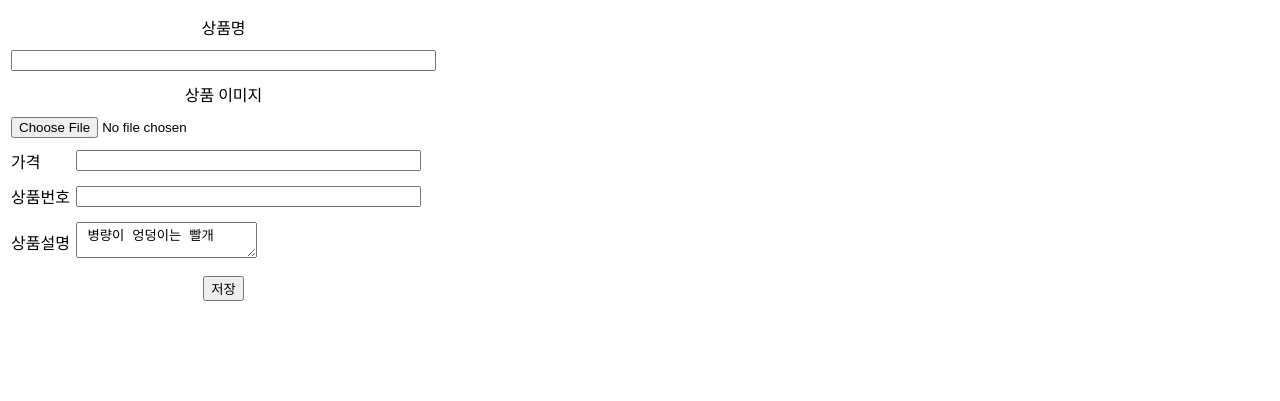
Repository: gunvv00/Java_practice
Page: html_work/html01/WebContent/goods.html
These files come from the project's save history. The page is drawn as it stood at one moment and after the next save; the edit follows.
The browser window is 1280 px wide. The pictures show the whole page.

Above is the page before, as saved 2020-01-02 07:40:37.

### html_work/html01/WebContent/goods.html
<!DOCTYPE html>
<html>
<head>
<meta charset="UTF-8">
<title>상품등록</title>
</head>
<body>
<form action = "good.jsp" method = "post">
	<TABLE Border = 0 height = 300 width = 300 >
		<tr>
			<td align = "center" colspan = "2">상품명</td>
		</tr>
		<tr>
			<td align = "center" colspan = "2"><input type = "product" name="" value = ""  size = "50"></td>
		</tr>
		<tr>
			<td align = "center" colspan = "2">상품 이미지</td>
		</tr>
		<tr>
			<td colspan = "2"><input type='file' name='file' value ="" /></td>
		</tr>
		<tr>
			<td>가격</td>
			<td><input type = "price" name="" value = "" size = "40" ></td>
		</tr>
		<tr>
			<td>상품번호</td>
			<td><input type = "produtNumber" name="" value = "" size = "40" ></td>
		</tr>
		<tr>
			<td>상품설명</td>
			<td><textarea name = "" rows = "" cols=""> 병량이 엉덩이는 빨개 </textarea></td>
		</tr>
		<tr align="center">
			<td colspan="2"><input type = "submit" value = "저장"/>	</td>

		</tr>
	</TABLE>




</body>
</html>

After the next save:
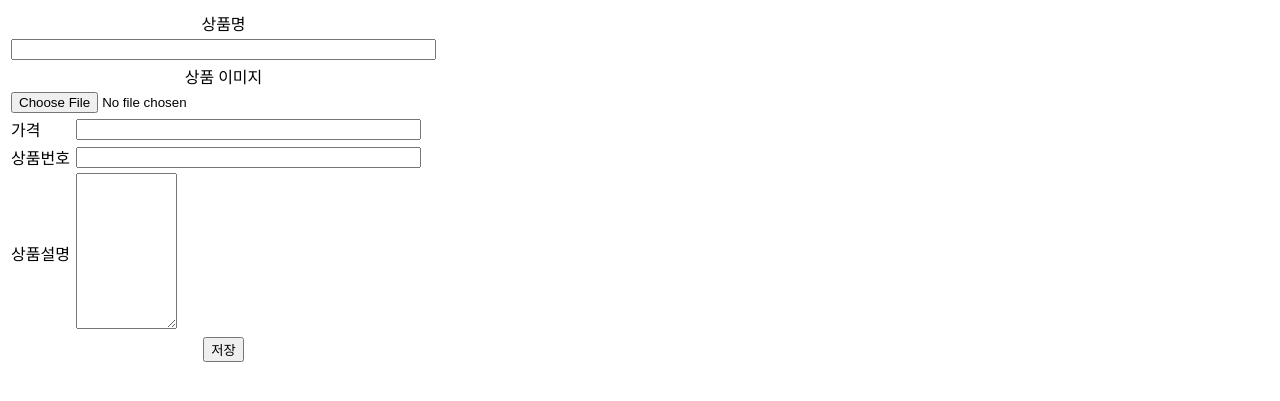
Saved 20 s later.
--- a/html_work/html01/WebContent/goods.html
+++ b/html_work/html01/WebContent/goods.html
@@ -29,7 +29,7 @@
 		</tr>
 		<tr>
 			<td>상품설명</td>
-			<td><textarea name = "" rows = "" cols=""> 병량이 엉덩이는 빨개 </textarea></td>
+			<td><textarea name = "" rows = "10" cols="10">  </textarea></td>
 		</tr>
 		<tr align="center">
 			<td colspan="2"><input type = "submit" value = "저장"/>	</td>
